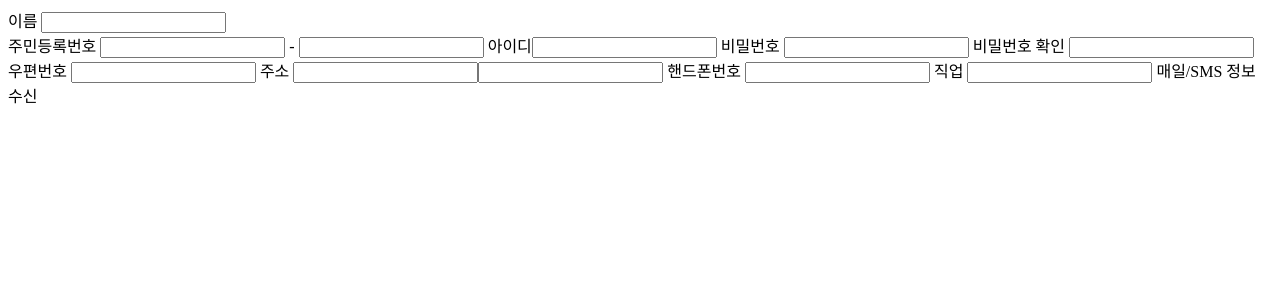
Repository: hii9505/DB_engineering_education
Page: eclipse-workspace/Web_study_02/src/main/webapp/homepage.html
The author's editor kept a copy of each file at every save. The page is drawn from the files as they stood at one save, then again after the next save.
The browser window is 1280 px wide. The pictures show the whole page.

Above is the page before, as saved 2021-05-21 05:52:03.

After the next save:
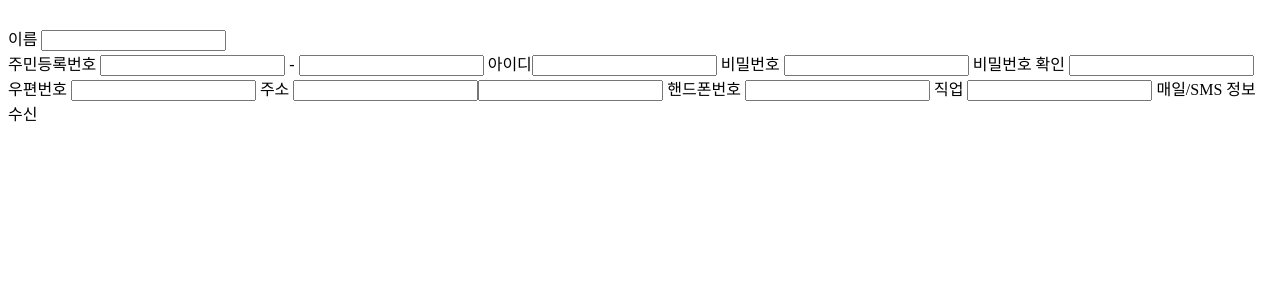
Saved 18 s later.
--- a/eclipse-workspace/Web_study_02/src/main/webapp/homepage.html
+++ b/eclipse-workspace/Web_study_02/src/main/webapp/homepage.html
@@ -9,8 +9,8 @@
 </head>
 
 <body>
-    이름 <input type="text">
-    <br>
+    <br>이름 <input type="text"></br>
+
     주민등록번호 <input type="text"> - <input type="text">
     아이디<input type="text">
     비밀번호 <input type="password">

After the save that followed:
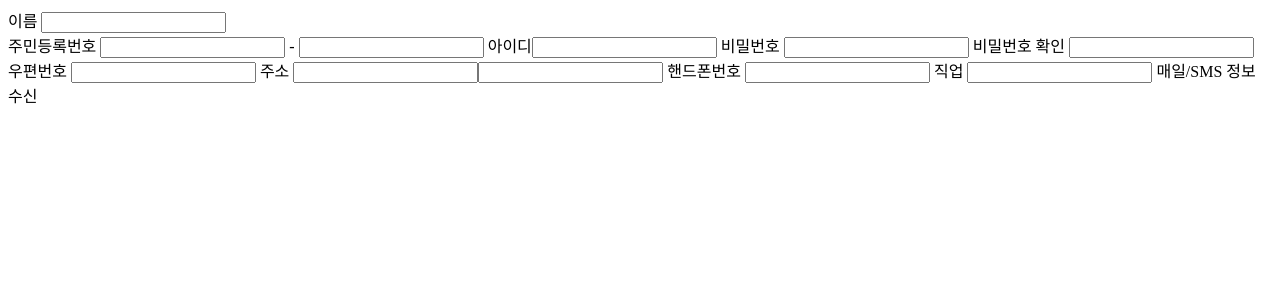
Saved 60 s later.
--- a/eclipse-workspace/Web_study_02/src/main/webapp/homepage.html
+++ b/eclipse-workspace/Web_study_02/src/main/webapp/homepage.html
@@ -9,8 +9,7 @@
 </head>
 
 <body>
-    <br>이름 <input type="text"></br>
-
+    <div>이름 <input type="text"></div>
     주민등록번호 <input type="text"> - <input type="text">
     아이디<input type="text">
     비밀번호 <input type="password">
